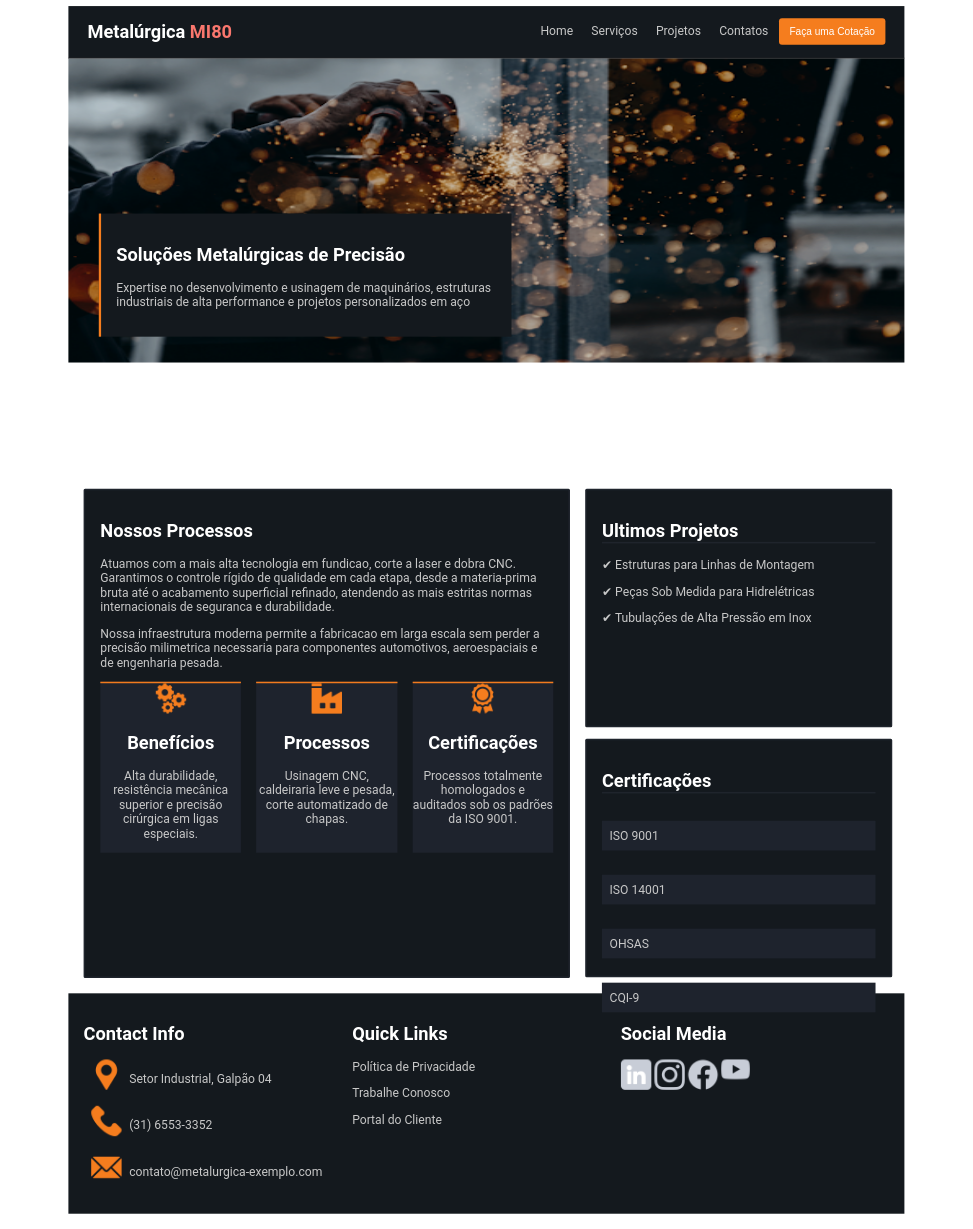
Repository: guiCherpinski/landing-page-metalurgica
Page: index.html
The author's editor kept a copy of each file at every save. The page is drawn from the files as they stood at one save, then again after the next save.
The browser window is 1280 px wide. The pictures show the whole page, at 76% of full size.

Above is the page before, as saved 2026-06-08 15:32:10.

### index.html
<!DOCTYPE html>
<html lang="pt-br">
<head>
    <meta charset="UTF-8">
    <meta name="viewport" content="width=device-width, initial-scale=1.0">
    <title>Metalúrgica</title>
    <link rel="stylesheet" href="style.css">
</head>
<body>
    <header>
        <nav>
            <h1>Metalúrgica <span>MI80</span></h1>

            <div class = "buttons">
                <a href="/">Home</a>
                <a href="/">Serviços</a>
                <a href="/">Projetos</a>
                <a href="/">Contatos</a>
                <button>Faça uma Cotação</button>
            </div>
        </nav>
    </header>

    <main>
        <section class = "hero-section">
            <img src="./img/homem-serrando.png" alt="Foto de um Soldador">
            <div class = "text-hero">
                <h2>Soluções Metalúrgicas de Precisão</h2>
                <p>Expertise no desenvolvimento e usinagem de maquinários, estruturas industriais de alta performance e projetos personalizados em aço</p>
            </div>
        </section>
    </main>

    <section class = "all-sections">
        <section class = "our-process">

            <h2>Nossos Processos</h2>

            <p>Atuamos com a mais alta tecnologia em fundicao, corte a laser e dobra CNC. Garantimos o
                controle rígido de qualidade em cada etapa, desde a materia-prima bruta até o acabamento
                superficial refinado, atendendo as mais estritas normas internacionais de seguranca e
                durabilidade.
            </p>

            <p>Nossa infraestrutura moderna permite a fabricacao em larga escala sem perder a precisão
                milimetrica necessaria para componentes automotivos, aeroespaciais e de engenharia
                pesada.
            </p>

            <section class = "articles">
                <article class = "article-benefits">
                    <img src="./img/settings-gears.png" alt="Icone de engrenagens">
                    <h2>Benefícios</h2>
                    <p>Alta durabilidade, resistência mecânica superior e precisão cirúrgica em ligas especiais.</p>
                </article>

                <article class = "article-process">
                    <img src="./img/industry.png" alt="Icone de industria">
                    <h2>Processos</h2>
                    <p>Usinagem CNC, caldeiraria leve e pesada, corte automatizado de chapas.</p>
                </article>

                <article class = "article-certificates">
                    <img src="./img/medal.png" alt="Icone de medalha">
                    <h2>Certificações</h2>
                    <p>Processos totalmente homologados e auditados sob os padrões da ISO 9001.</p>
                </article>
            </section>
        </section>

        <div class = "grid">
            <section class = "last-projects">
                <h2>Ultimos Projetos</h2>
                <p>✔ Estruturas para Linhas de Montagem </p>
                <p>✔ Peças Sob Medida para Hidrelétricas</p>
                <p>✔ Tubulações de Alta Pressão em Inox</p>
            </section>

            <section class = "certificates">
                <h2>Certificações</h2>
                <div class = "paragrafos">
                    <p>ISO 9001</p>
                    <p>ISO 14001</p>
                    <p>OHSAS</p>
                    <p>CQI-9</p>
                </div>
            </section>
        </div>
    </section>


    <footer class = "rodape">
        <section>
            <h2>Contact Info</h2>

            <article class = "text-rodape">
                <img src="./img/placeholder.png" alt="Icone pin">
                <p>Setor Industrial, Galpão 04</p>
            </article>

            <article class = "text-rodape">
                <img src="./img/phone-call.png" alt="Icone de telefone">
                <p>(31) 6553-3352</p>
            </article>

            <article class = "text-rodape   ">
                <img src="./img/email.png" alt="Icone email">
                <p>contato@metalurgica-exemplo.com</p>
            </article>
        </section>

        <section>
            <h2>Quick Links</h2>
            <p>Política de Privacidade</p>
            <p>Trabalhe Conosco</p>
            <p>Portal do Cliente</p>
        </section>

        <section>
            <h2>Social Media</h2>
            <img src="./img/linkedin.png" alt="Icone linkedin">
            <img src="./img/instagram.png" alt="Icone instagram">
            <img src="./img/facebook.png" alt="Icone facebook">
            <img src="./img/youtube.png" alt="Icone youtube">
        </section>
    </footer>


</body>
</html>

### style.css
body{
    font-family: 'Roboto' , sans-serif;
    justify-items: center;
    /*background: #0A0A14;*/
}

header{
    background: #14191E;
    width: 1100px;
    border-bottom: 1px solid #2D2929;
}

header h1{
    color: white;
}

header h1 span {
    color: #FA776E;
}

header nav {
    display: flex;
    align-items: center;
    justify-content: space-between;
    margin-left: 25px;
    margin-right: 25px;
}

header nav a {
    margin-left: 10px;
    margin-right: 10px;
    text-decoration: none;
    color: #C8C8C8;
}


header button {
    width:140px;
    height: 35px;
    background: #F57D1E;
    border: none;
    border-radius: 4px;
    color: white;
}

header button:hover{
    cursor: pointer;
    background:#CC5500;
}

.hero-section img{
    width: 1100px;
    height: 400px;
}

.text-hero{
    background: #14191E;
    border-left: 3px solid #F57D1E;
    width: 500px;
    padding: 20px;
    position: relative;
    bottom: 200px;
    left: 40px;
}

.text-hero h2{
    color: white;
}

.text-hero p{
    color: #c8c8c8;
}

.articles{
    display: grid;
    grid-template-columns: 1fr 1fr 1fr;
    gap: 20px;
}

.our-process{
    background: #14191E;
    height: 600px;
    border: 2px solid #1F242C;
    border-radius: 2px;
    padding: 20px;
}

.our-process h2{
    color: white;
}

.our-process p{
    color: #c8c8c8;
}

.our-process img{
    width: 40px;
    height: 40px;
}

.article-benefits{
    background: #1E232D;
    border-top: 2px solid #F27B1E;
    text-align: center;
}

.article-process{
    background: #1E232D;
    border-top: 2px solid #F27B1E;
    text-align: center;
}

.article-certificates{
    background: #1E232D;
    border-top: 2px solid #F27B1E;
    text-align: center;
}

.last-projects{
    background: #14191E;
    border: 2px solid #1F242C;
    border-radius: 2px;
    padding: 20px;
    height: 270px;
    width: 360px;
}

.last-projects h2{
    color: white;
    border-bottom: 2px solid #1F242C;
}

.last-projects p {
    color: #c8c8c8;
}

.certificates{
    background: #14191E;
    border: 2px solid #1F242C;
    border-radius: 2px;
    height: 270px;
    width: 360px;
    padding: 20px;
    margin-top: 15px;
}

.certificates h2{
    color: white;
    border-bottom: 2px solid #1F242C;
}

.certificates p{
    color: #c8c8c8;
}

.all-sections{
    display: grid;
    grid-template-columns: 640px 400px;
    gap: 20px;
}

.rodape{
    padding: 20px;
    width: 1060px;
    margin: 20px;
    display: grid;
    grid-template-columns: 1fr 1fr 1fr;
    background: #14191E;
}

.rodape h2{
    color: white;
}

.rodape p{
    color: #c8c8c8;
}

.rodape img {
    width: 40px;
    height: 40px;
}

.text-rodape{
    border-top: #1F242C;
    display: flex;
    margin: 10px;
    gap: 10px;
}

.grid{
    display: grid;
    grid-template-columns: 1fr;
}

.paragrafos{
    display: grid;
    grid-template-columns: auto auto
    gap: 5px;
}

.paragrafos p {
    background: #1E232D;
    padding: 10px;
}

After the next save:
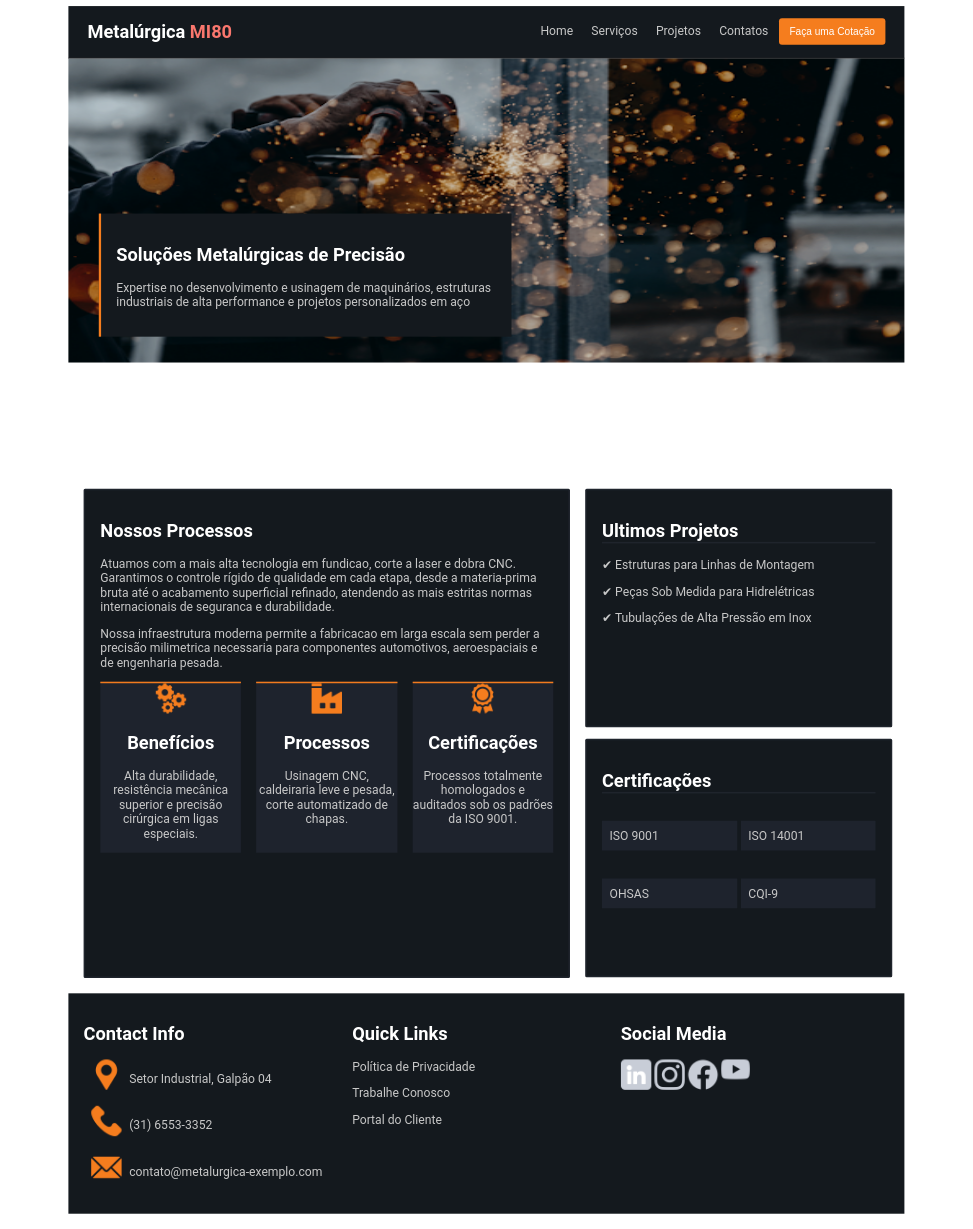
Saved 5 s later.
--- a/style.css
+++ b/style.css
@@ -195,7 +195,7 @@ header button:hover{
 
 .paragrafos{
     display: grid;
-    grid-template-columns: auto auto
+    grid-template-columns: 1fr 1fr;
     gap: 5px;
 }
 
